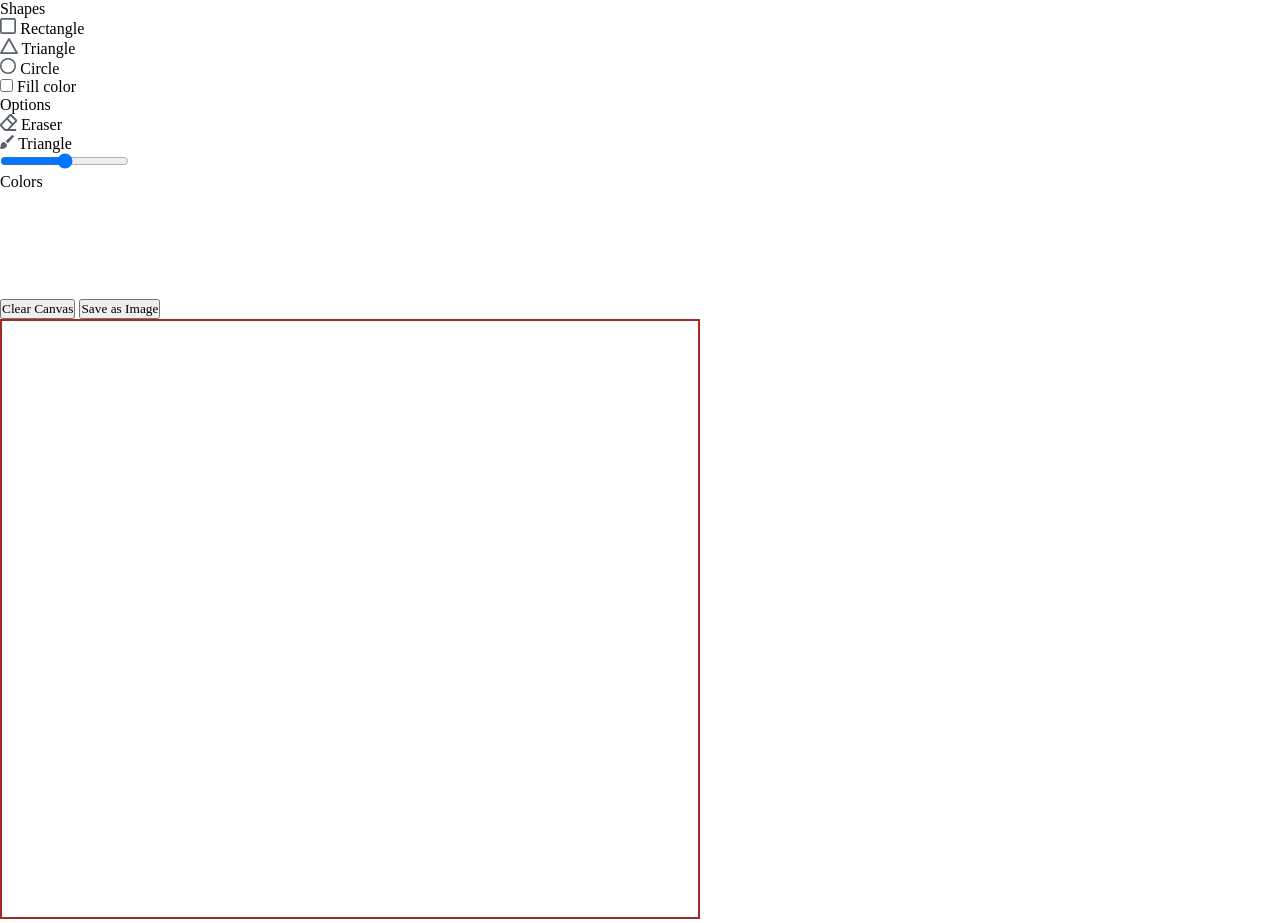
Repository: mdsajib50/Drawing-app
Page: index.html
These files come from the project's save history. The page is drawn as it stood at one moment and after a run of saves; the edit follows.
The browser window is 1280 px wide. The pictures show the whole page.

Above is the page before, as saved 2025-02-17 21:28:55.

### index.html
<!DOCTYPE html>
<html lang="en">
<head>
    <meta charset="UTF-8">
    <meta name="viewport" content="width=device-width, initial-scale=1.0">
    <link rel="stylesheet" href="style.css">
    <title>Drawing App</title>
</head>
<body>
    <div class="container">
        <aside>
            <div class="row">
                <label for="" class="title">Shapes</label>
               <ul class="options">
                <li class="option">
                    <img src="icons/icons/rectangle.svg" alt="">
                    <span>Rectangle</span>
                </li>
                <li class="option">
                    <img src="icons/icons/triangle.svg" alt="">
                    <span>Triangle</span>
                </li>
                <li class="option">
                    <img src="icons/icons/circle.svg" alt="">
                    <span>Circle</span>
                </li>
                <li class="option">
                    <input type="checkbox" name="" id="">
                    <label for="">Fill color</label>
                </li>
               </ul>
            </div>
            <div class="row">
                <label for="" class="title">Options</label>
               <ul class="options">
                <li class="option">
                    <img src="icons/icons/eraser.svg" alt="">
                    <span>Eraser</span>
                </li>
                <li class="option">
                    <img src="icons/icons/brush.svg" alt="">
                    <span>Triangle</span>
                </li>
                <li class="option">
                    <input type="range" name="" id="size-slider">
                </li>
               </ul>
            </div>
            <div class="row">
                <label for="" class="title">Colors</label>
               <ul class="colors">
                <li class="option"></li>
                <li class="option"></li>
                <li class="option"></li>
                <li class="option"></li>
                <li class="option"></li>
                <li class="option"></li>
               </ul>
            </div>
            <div class="row">
               <button class="clear-canvas" type="button">Clear Canvas</button>
               <button class="save-image" type="button">Save as Image</button>
            </div>
        </aside>
        <div>
            <canvas id="mycanvas"></canvas>
        </div>
    </div>
    <script src="script.js"></script>
</body>
</html>

### style.css
*{
    margin: 0;
    padding: 0;
    box-sizing: border-box;
    font-family: 'Poppins';
}
canvas{
    width: 700px;
    height: 600px;
    border: 2px solid brown;
}

### script.js
const drawing = document.getElementById('myCanvas');

After the next 3 saves:
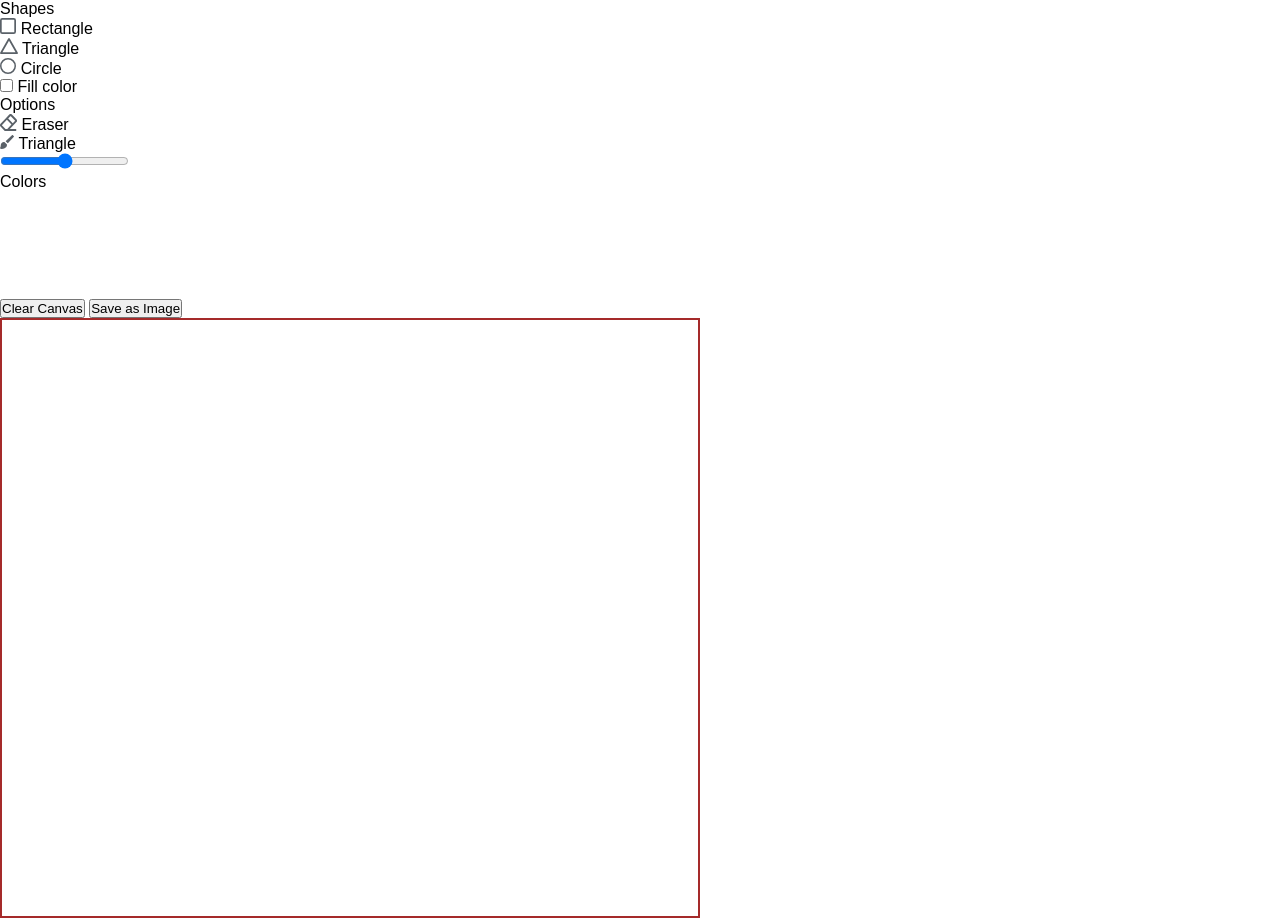
The 3 saves are shown as one change because they came seconds apart.
The last was saved 8 s later.
--- a/style.css
+++ b/style.css
@@ -2,7 +2,7 @@
     margin: 0;
     padding: 0;
     box-sizing: border-box;
-    font-family: 'Poppins';
+    font-family: 'Poppins', sans-serif;
 }
 canvas{
     width: 700px;
